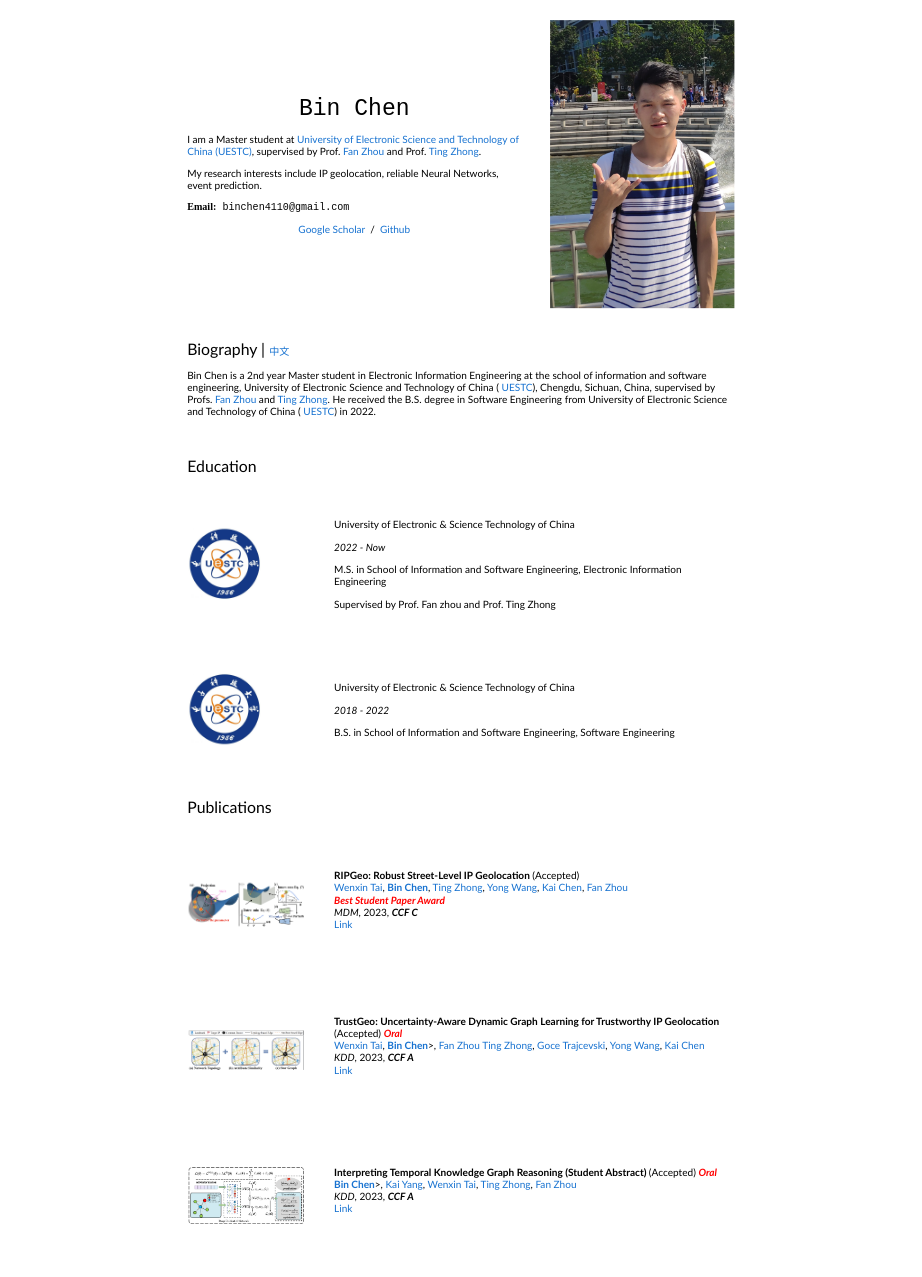
Repository: b1nchen/b1nchen.github.io
Page: index.html
The author's editor kept a copy of each file at every save. The page is drawn from the files as they stood at one save, then again after the next save.
The browser window is 1280 px wide. The pictures show the part of the page from y = 0 to 1773 px (the page is 2141 px tall), at 72% of full size.
A picture or video elsewhere on the page could not be fetched, so the positions and the page height are approximate.

Above is the page before, as saved 2023-12-31 08:25:30.

### index.html
<!DOCTYPE HTML>
<html lang="en">

<head>
  <meta http-equiv="Content-Type" content="text/html; charset=UTF-8">

  <title>Bin Chen</title>

  <meta name="author" content="Bin Chen">
  <meta name="viewport" content="width=device-width, initial-scale=1">

  <link rel="stylesheet" type="text/css" href="stylesheet.css">
  <link rel="icon" href="images/uestc_icon.jpeg">
</head>

<body>

  <table
    style="width:100%;max-width:800px;border:0px;border-spacing:0px;border-collapse:separate;margin-right:auto;margin-left:auto;">
    <tbody>
      <tr style="padding:0px">
        <td style="padding:0px">
          <table
            style="width:100%;border:0px;border-spacing:0px;border-collapse:separate;margin-right:auto;margin-left:auto;">
            <tbody>
              <tr style="padding:0px">
                <td style="padding:2.5%;width:63%;vertical-align:middle">
                  <p style="text-align:center">
                    <name>Bin Chen</name>
                  </p>
                  <p>I am a Master student at <a href="https://en.uestc.edu.cn/">University of Electronic Science and
                      Technology of China (UESTC)</a>, supervised by Prof. <a
                      href="https://scholar.google.com/citations?user=Ihj2Rw8AAAAJ">Fan Zhou</a> and Prof. <a
                      href="https://scholar.google.com/citations?user=Mdr0XDkAAAAJ">Ting Zhong</a>.
                      <!-- <a href="xovee.cn">Xovee</a> also helps me a lot, as sa  -->
                  </p>
                  <p>
                    My research interests include IP geolocation, reliable Neural Networks, event prediction.
                  </p>
                  <p style="font-family: 'Courier New', Courier, monospace;">
                    <!-- <b style="font-family: 'Times New Roman', Times, serif;">Email:</b> <em>firstname</em>.<em>lastname</em>@ieee.org
                    <br>
                    &nbsp &nbsp &nbsp
                    <em>firstname</em>.<em>lastname</em>417@outlook.com <br> -->
                    <b style="font-family: 'Times New Roman', Times, serif;">
                      Email:</b> binchen4110@gmail.com
                     <br>

                  </p>
                  <p style="text-align:center">

                    <a href="https://scholar.google.com/citations?user=x3ufhFAAAAAJ/">Google Scholar</a>
                    &nbsp/&nbsp
                    <a href="https://github.com/binchen4110/">Github</a>
                  </p>

                </td>
                <td style="padding:2.5%;width:40%;max-width:40%">
                  <a href="images/profile.jpg"><img style="width:100%;max-width:100%" alt="profile photo"
                      src="images/profile.jpg" class="hoverZoomLink"></a>
                </td>
              </tr>
            </tbody>
          </table>

          <table
            style="width:100%;border:0px;border-spacing:0px;border-collapse:separate;margin-right:auto;margin-left:auto;">
            <tbody>
              <tr>
                <td style="padding:20px;width:100%;vertical-align:middle">
                  <heading>Biography |
                    <a href="index_CHN.html">中文</a>
                  </heading>
                  <p>
                    Bin Chen is a 2nd year Master student in Electronic Information Engineering at the school of information and
                    software engineering, University of Electronic Science and Technology of China (<a
                      href="https://en.uestc.edu.cn/"> UESTC</a>), Chengdu, Sichuan, China, supervised by Profs. <a
                      href="https://scholar.google.com/citations?user=Ihj2Rw8AAAAJ">Fan Zhou</a> and <a
                      href="https://scholar.google.com/citations?user=Mdr0XDkAAAAJ">Ting Zhong</a>. He received the B.S.
                    degree in Software Engineering from University of Electronic Science and Technology of China (<a
                      href="https://www.uestc.edu.cn/"> UESTC</a>) in 2022.
                  </p>
                  <!-- <p>
                    He is a (student) member of the IEEE.
                  </p> -->
                </td>
              </tr>
            </tbody>
          </table>

          <table
            style="width:100%;border:0px;border-spacing:0px;border-collapse:separate;margin-right:auto;margin-left:auto;">
            <tbody>
              <tr>
                <td style="padding:20px;width:100%;vertical-align:middle">
                  <heading>Education</heading>
                </td>
              </tr>
            </tbody>
          </table>
          <table width="100%" align="center" border="0" cellpadding="20">
            <tbody>

              <tr>
                <td style="padding:20px;width:25%;vertical-align:middle">
                  <div class="flexbox">
                    <img src='images/uestc_icon.jpeg' width="100px">
                  </div>
                </td>
                <td style="padding:20px;width:75%;vertical-align:middle">
                  <p>University of Electronic & Science Technology of China</p>
                  <em>2022 - Now</em>
                  <p>M.S. in School of Information and Software Engineering, Electronic Information Engineering</p>
                  <p>Supervised by Prof. Fan zhou and Prof. Ting Zhong</p>

                </td>
              </tr>


              <tr>
                <td style="padding:20px;width:25%;vertical-align:middle">
                  <div class="flexbox">
                    <img src='images/uestc_icon.jpeg' width="100px">
                  </div>
                </td>
                <td style="padding:20px;width:75%;vertical-align:middle">
                  <p>University of Electronic & Science Technology of China</p>
                  <em> 2018 -  2022 </em>
                  <p> B.S. in School of Information and Software Engineering, Software Engineering</p>
                </td>
              </tr>


            </tbody>
          </table>


          <table width="100%" align="center" border="0" cellspacing="0" cellpadding="20">
            <tbody>
              <tr>
                <td>
                  <heading>Publications</heading>
                </td>
              </tr>
            </tbody>
          </table>
          <table width="100%" align="center" border="0" cellpadding="20">
            <tbody>

            <!-- MDM 2023 -->
              <tr onmouseout="ripgeo_data()" onmouseover="ripgeo_para()">
                <td style="padding:20px;width:25%;vertical-align:middle">
                  <div class="one">
                    <div class="two" id='data'>
                      <img src='images/ripgeo_perturb_data.png' width="160">


                    </div>
                    <img src="images/ripgeo_perturb_para.png" width="160">
                  </div>
                  <script type="text/javascript">
                    function ripgeo_data() {
                      document.getElementById('data').style.opacity = "0";
                    }

                    function ripgeo_para() {
                      document.getElementById('data').style.opacity = "1";
                    }
                    ripgeo_data()
                  </script>
                </td>
                <td style="padding:20px;width:75%;vertical-align:middle">

                  <papertitle>RIPGeo: Robust Street-Level IP Geolocation </papertitle>(Accepted)

                  <br>

                  <a href="https://scholar.google.com/citations?user=YyxocAIAAAAJ">Wenxin Tai</a>,
                  <a href="https://scholar.google.com/citations?user=x3ufhFAAAAAJ"><strong>Bin Chen</strong></a>,
                  <a href="https://scholar.google.com/citations?user=Mdr0XDkAAAAJ">Ting Zhong</a>,
                  <a>Yong Wang</a>,
                  <a href="https://scholar.google.com/citations?user=tnRV5QYAAAAJ">Kai Chen</a>,
                  <a href="https://scholar.google.com/citations?user=Ihj2Rw8AAAAJ">Fan Zhou</a>

                  <br>
                  <em><b style="color:red">Best Student Paper Award</b></em>
                  <br>
                  <em>MDM</em>, 2023, <em><strong>CCF C</strong></em>
                  <br>

                  <a href="https://drive.google.com/file/d/1j4smzenp6JkSxMC43B8BnPLQ7Mr1zgMb/view?usp=sharing">Link</a>


                  <!-- <a href="https://ieeexplore.ieee.org/document/9747900">链接</a>,
                  <a href="https://youtu.be/uT1pEfHbo14">视频</a>,
                  <a href="papers/ICASSP_5513_poster.pdf">海报</a>,
                  <a href="papers/ICASSP_slides.pptx">幻灯片</a>,
                  <a href="papers/ICASSP_2022_FUFI.pdf">下载</a>
                  <p></p>
                  <p>We incorporate evidential learning into IP geolocation to improve the stability of the system.. -->
                  </p>
                </td>
              </tr>


              <!-- KDD 2023 -->
              <tr onmouseout="FUFI_intro()" onmouseover="FUFI_end()">
                <td style="padding:20px;width:25%;vertical-align:middle">
                  <div class="one">
                    <div class="two" id='method'>
                      <img src='images/trustgeo_method.png' width="160">


                    </div>
                    <img src="images/trustgeo_model.png" width="160">
                  </div>
                  <script type="text/javascript">
                    function FUFI_intro() {
                      document.getElementById('method').style.opacity = "0";
                    }

                    function FUFI_end() {
                      document.getElementById('method').style.opacity = "1";
                    }
                    FUFI_intro()
                  </script>
                </td>
                <td style="padding:20px;width:75%;vertical-align:middle">

                  <papertitle>TrustGeo: Uncertainty-Aware Dynamic Graph Learning for Trustworthy IP Geolocation </papertitle>(Accepted) <em><b style="color:red">Oral</b></em>


                  <br>
                  <a href="https://scholar.google.com/citations?user=YyxocAIAAAAJ">Wenxin Tai</a>,
                  <a href="https://scholar.google.com/citations?user=x3ufhFAAAAAJ"><strong>Bin Chen</strong></a>>,
                  <a href="https://scholar.google.com/citations?user=Ihj2Rw8AAAAJ">Fan Zhou</a>
                  <a href="https://scholar.google.com/citations?user=Mdr0XDkAAAAJ">Ting Zhong</a>,
                  <a href="https://scholar.google.com/citations?user=Avus2kcAAAAJ">Goce Trajcevski</a>,
                  <a>Yong Wang</a>,
                  <a href="https://scholar.google.com/citations?user=tnRV5QYAAAAJ">Kai Chen</a>
                  <br>
                  <em>KDD</em>, 2023, <em><strong>CCF A</strong></em>
                  <br>

                  <a href="https://drive.google.com/file/d/1PgxtmzdQAYr9Ti3rvHGgnyf05PbP-WwI/view?usp=drive_link">Link</a>
                  <!-- <a href="https://ieeexplore.ieee.org/document/9747900">链接</a>,
                  <a href="https://youtu.be/uT1pEfHbo14">视频</a>,
                  <a href="papers/ICASSP_5513_poster.pdf">海报</a>,
                  <a href="papers/ICASSP_slides.pptx">幻灯片</a>,
                  <a href="papers/ICASSP_2022_FUFI.pdf">下载</a>
                  <p></p>
                  <p>We incorporate evidential learning into IP geolocation to improve the stability of the system.. -->
                  </p>
                </td>
              </tr>

             <!-- AAAI 2024 poster -->
             <tr onmouseout="FUFI_intro()" onmouseover="FUFI_end()">
              <td style="padding:20px;width:25%;vertical-align:middle">
                <div class="one">
                  <div class="two" id='method'>
                    <img src='images/trustgeo_method.png' width="160">


                  </div>
                  <img src="images/trustgeo_model.png" width="160">
                </div>
                <script type="text/javascript">
                  function FUFI_intro() {
                    document.getElementById('method').style.opacity = "0";
                  }

                  function FUFI_end() {
                    document.getElementById('method').style.opacity = "1";
                  }
                  FUFI_intro()
                </script>
              </td>
              <td style="padding:20px;width:75%;vertical-align:middle">

                <papertitle>Interpreting Temporal Knowledge Graph Reasoning (Student Abstract) </papertitle>(Accepted) <em><b style="color:red">Oral</b></em>


                <br>

                <a href="https://scholar.google.com/citations?user=x3ufhFAAAAAJ"><strong>Bin Chen</strong></a>>,
                <a >Kai Yang</a>,
                <a href="https://scholar.google.com/citations?user=YyxocAIAAAAJ">Wenxin Tai</a>,

                <a href="https://scholar.google.com/citations?user=Mdr0XDkAAAAJ">Ting Zhong</a>,
                <a href="https://scholar.google.com/citations?user=Ihj2Rw8AAAAJ">Fan Zhou</a>

                <br>
                <em>KDD</em>, 2023, <em><strong>CCF A</strong></em>
                <br>

                <a href="https://drive.google.com/file/d/1PgxtmzdQAYr9Ti3rvHGgnyf05PbP-WwI/view?usp=drive_link">Link</a>
                <!-- <a href="https://ieeexplore.ieee.org/document/9747900">链接</a>,
                <a href="https://youtu.be/uT1pEfHbo14">视频</a>,
                <a href="papers/ICASSP_5513_poster.pdf">海报</a>,
                <a href="papers/ICASSP_slides.pptx">幻灯片</a>,
                <a href="papers/ICASSP_2022_FUFI.pdf">下载</a>
                <p></p>
                <p>We incorporate evidential learning into IP geolocation to improve the stability of the system.. -->
                </p>
              </td>
            </tr>


            </tbody>
          </table>
        </td>
      </tr>

    </table>

  <center>


  <p>
    <font size="2">
      <font size="2">
        <font size="2">&nbsp;<br>
          &nbsp; <a href="https://www.easycounter.com/">
            <img src="https://www.easycounter.com/counter.php?hyson"
            border="0" alt="Web Site Hit Counter"></a> <i>
            <font face="Arial" size="2">unique visitors since Feburary 2023</font>
          </i></font>
      </font>
    </font>
  </p>



  <p style="color: #AAAAAA;">© 2023 Bin Chen | Powered by <a href="https://pattonyu.github.io/">Haoyang Yu</a> and <a href="https://jonbarron.info/">Jon Barron </a> | updating time
    2023-02-28
        <!-- Friendly Link: <a href="https://xovee.cn">Xovee Xu</a> -->
    </p>
  </center>
</body>

</html>

### stylesheet.css
/* latin-ext */
@font-face {
  font-family: 'Lato';
  font-style: italic;
  font-weight: 400;
  src: local('Lato Italic'), local('Lato-Italic'), url(https://fonts.gstatic.com/s/lato/v15/S6u8w4BMUTPHjxsAUi-qNiXg7eU0.woff2) format('woff2');
  unicode-range: U+0100-024F, U+0259, U+1E00-1EFF, U+2020, U+20A0-20AB, U+20AD-20CF, U+2113, U+2C60-2C7F, U+A720-A7FF;
}
/* latin */
@font-face {
  font-family: 'Lato';
  font-style: italic;
  font-weight: 400;
  src: local('Lato Italic'), local('Lato-Italic'), url(https://fonts.gstatic.com/s/lato/v15/S6u8w4BMUTPHjxsAXC-qNiXg7Q.woff2) format('woff2');
  unicode-range: U+0000-00FF, U+0131, U+0152-0153, U+02BB-02BC, U+02C6, U+02DA, U+02DC, U+2000-206F, U+2074, U+20AC, U+2122, U+2191, U+2193, U+2212, U+2215, U+FEFF, U+FFFD;
}
/* latin-ext */
@font-face {
  font-family: 'Lato';
  font-style: italic;
  font-weight: 700;
  src: local('Lato Bold Italic'), local('Lato-BoldItalic'), url(https://fonts.gstatic.com/s/lato/v15/S6u_w4BMUTPHjxsI5wq_FQftx9897sxZ.woff2) format('woff2');
  unicode-range: U+0100-024F, U+0259, U+1E00-1EFF, U+2020, U+20A0-20AB, U+20AD-20CF, U+2113, U+2C60-2C7F, U+A720-A7FF;
}
/* latin */
@font-face {
  font-family: 'Lato';
  font-style: italic;
  font-weight: 700;
  src: local('Lato Bold Italic'), local('Lato-BoldItalic'), url(https://fonts.gstatic.com/s/lato/v15/S6u_w4BMUTPHjxsI5wq_Gwftx9897g.woff2) format('woff2');
  unicode-range: U+0000-00FF, U+0131, U+0152-0153, U+02BB-02BC, U+02C6, U+02DA, U+02DC, U+2000-206F, U+2074, U+20AC, U+2122, U+2191, U+2193, U+2212, U+2215, U+FEFF, U+FFFD;
}
/* latin-ext */
@font-face {
  font-family: 'Lato';
  font-style: normal;
  font-weight: 400;
  src: local('Lato Regular'), local('Lato-Regular'), url(https://fonts.gstatic.com/s/lato/v15/S6uyw4BMUTPHjxAwXiWtFCfQ7A.woff2) format('woff2');
  unicode-range: U+0100-024F, U+0259, U+1E00-1EFF, U+2020, U+20A0-20AB, U+20AD-20CF, U+2113, U+2C60-2C7F, U+A720-A7FF;
}
/* latin */
@font-face {
  font-family: 'Lato';
  font-style: normal;
  font-weight: 400;
  src: local('Lato Regular'), local('Lato-Regular'), url(https://fonts.gstatic.com/s/lato/v15/S6uyw4BMUTPHjx4wXiWtFCc.woff2) format('woff2');
  unicode-range: U+0000-00FF, U+0131, U+0152-0153, U+02BB-02BC, U+02C6, U+02DA, U+02DC, U+2000-206F, U+2074, U+20AC, U+2122, U+2191, U+2193, U+2212, U+2215, U+FEFF, U+FFFD;
}
/* latin-ext */
@font-face {
  font-family: 'Lato';
  font-style: normal;
  font-weight: 700;
  src: local('Lato Bold'), local('Lato-Bold'), url(https://fonts.gstatic.com/s/lato/v15/S6u9w4BMUTPHh6UVSwaPGQ3q5d0N7w.woff2) format('woff2');
  unicode-range: U+0100-024F, U+0259, U+1E00-1EFF, U+2020, U+20A0-20AB, U+20AD-20CF, U+2113, U+2C60-2C7F, U+A720-A7FF;
}
/* latin */
@font-face {
  font-family: 'Lato';
  font-style: normal;
  font-weight: 700;
  src: local('Lato Bold'), local('Lato-Bold'), url(https://fonts.gstatic.com/s/lato/v15/S6u9w4BMUTPHh6UVSwiPGQ3q5d0.woff2) format('woff2');
  unicode-range: U+0000-00FF, U+0131, U+0152-0153, U+02BB-02BC, U+02C6, U+02DA, U+02DC, U+2000-206F, U+2074, U+20AC, U+2122, U+2191, U+2193, U+2212, U+2215, U+FEFF, U+FFFD;
}

a {
  color: #1772d0;
  text-decoration: none;
}

a:focus,
a:hover {
  color: #f09228;
  text-decoration: none;
}

body,
td,
th,
tr,
p,
a {
  font-family: 'Lato', Verdana, Helvetica, sans-serif;
  font-size: 14px
}

strong {
  font-family: 'Lato', Verdana, Helvetica, sans-serif;
  font-size: 14px;
}

heading {
  font-family: 'Lato', Verdana, Helvetica, sans-serif;
  font-size: 22px;
}

papertitle {
  font-family: 'Lato', Verdana, Helvetica, sans-serif;
  font-size: 14px;
  font-weight: 700
}

name {
  font-family: 'Courier New', Courier, monospace;
  font-size: 32px;
}


.flexbox{
  width: 160px;
  height: 160px;
  display: flex;
  align-items: center;
  justify-items: center;
  /* text-align: center; */
}

.flexbox img{
  justify-items: center;
  align-items: center;
  /* text-align: center; */
}


.one {
  width: 160px;
  height: 160px;
  display: flex;
  position: relative;
  align-items: center;
}

.one img{
  width: 160px;
  align-items: center;
}

.two {
  width: 160px;
  height: 160px;
  display: flex;
  position: absolute;
  transition: opacity .2s ease-in-out;
  -moz-transition: opacity .2s ease-in-out;
  -webkit-transition: opacity .2s ease-in-out;
  align-items: center;
}

.two img{
  width: 160px;
  align-items: center;
}

.fade {
  transition: opacity .2s ease-in-out;
  -moz-transition: opacity .2s ease-in-out;
  -webkit-transition: opacity .2s ease-in-out;
}

span.highlight {
  background-color: #ffffd0;
}

After the next save:
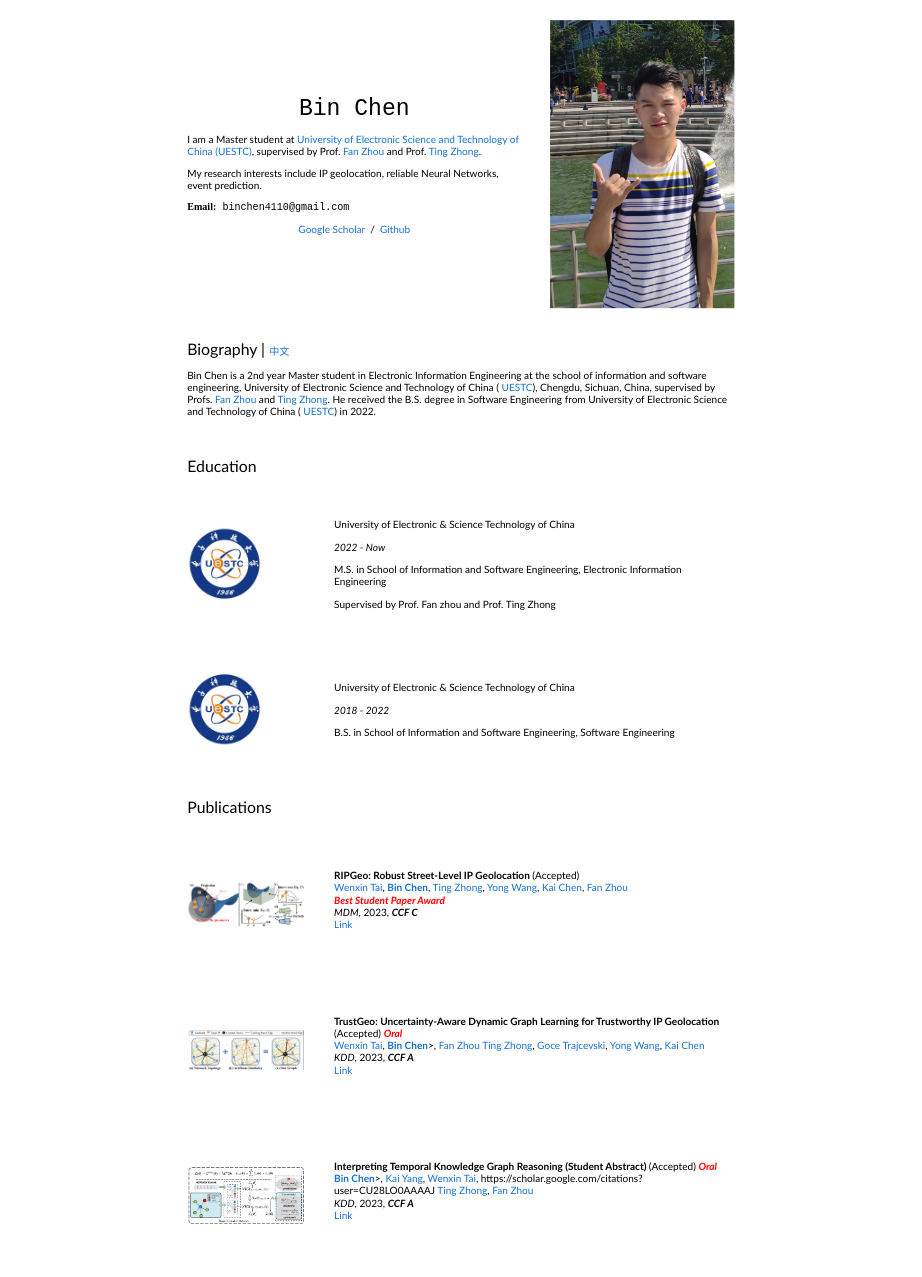
Saved 51 s later.
--- a/index.html
+++ b/index.html
@@ -286,7 +286,7 @@
                 <a href="https://scholar.google.com/citations?user=x3ufhFAAAAAJ"><strong>Bin Chen</strong></a>>,
                 <a >Kai Yang</a>,
                 <a href="https://scholar.google.com/citations?user=YyxocAIAAAAJ">Wenxin Tai</a>,
-
+                https://scholar.google.com/citations?user=CU28LO0AAAAJ
                 <a href="https://scholar.google.com/citations?user=Mdr0XDkAAAAJ">Ting Zhong</a>,
                 <a href="https://scholar.google.com/citations?user=Ihj2Rw8AAAAJ">Fan Zhou</a>
 
